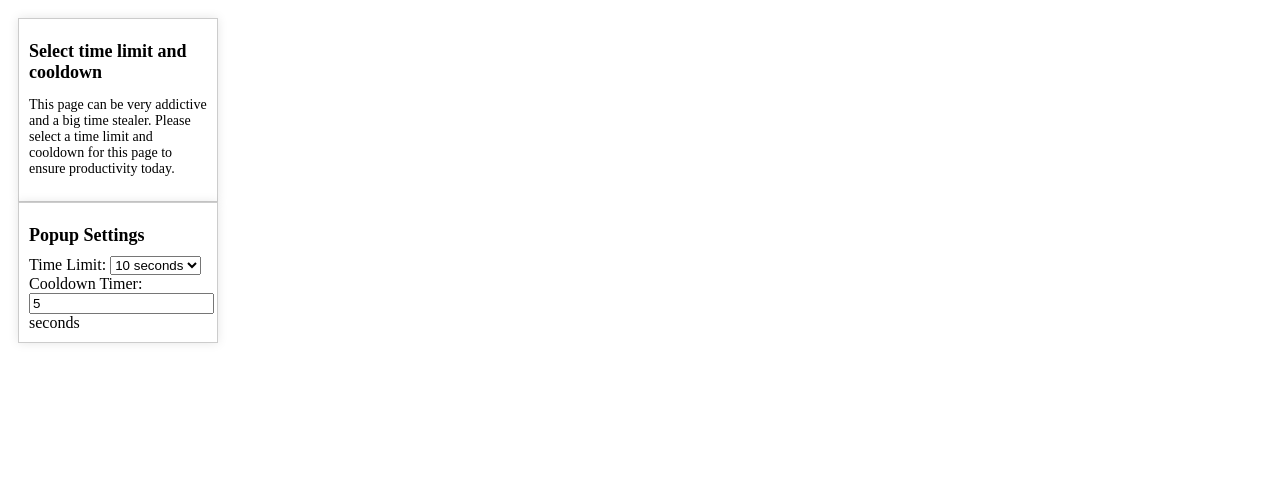
Repository: AndrlmMass/Time-management-chrome-extension
Page: popup2.html
An editor plug-in stored every save of this project. The page is shown before and after the next save, followed by the edit.
The browser window is 1280 px wide. The pictures show the whole page.

Above is the page before, as saved 2023-08-24 20:34:02.

After the next save:
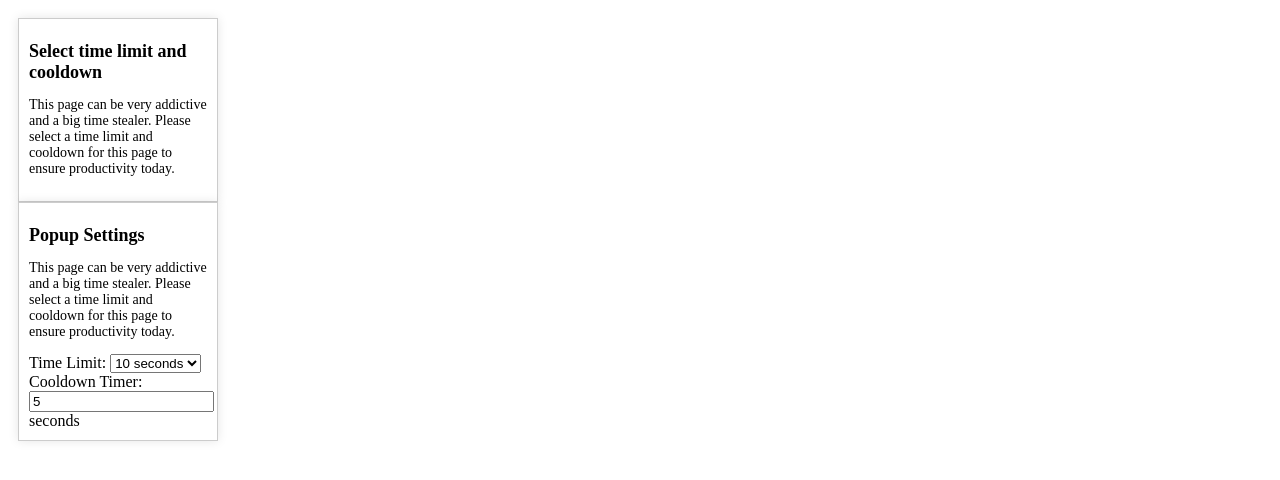
Saved 15 s later.
--- a/popup2.html
+++ b/popup2.html
@@ -24,6 +24,7 @@
 <body>
   <div id="popup-container">
     <h1>Popup Settings</h1>
+    <p>This page can be very addictive and a big time stealer. Please select a time limit and cooldown for this page to ensure productivity today.</p>
     <label for="time-limit">Time Limit:</label>
     <select id="time-limit" name="time-limit">
       <option value="10">10 seconds</option>
